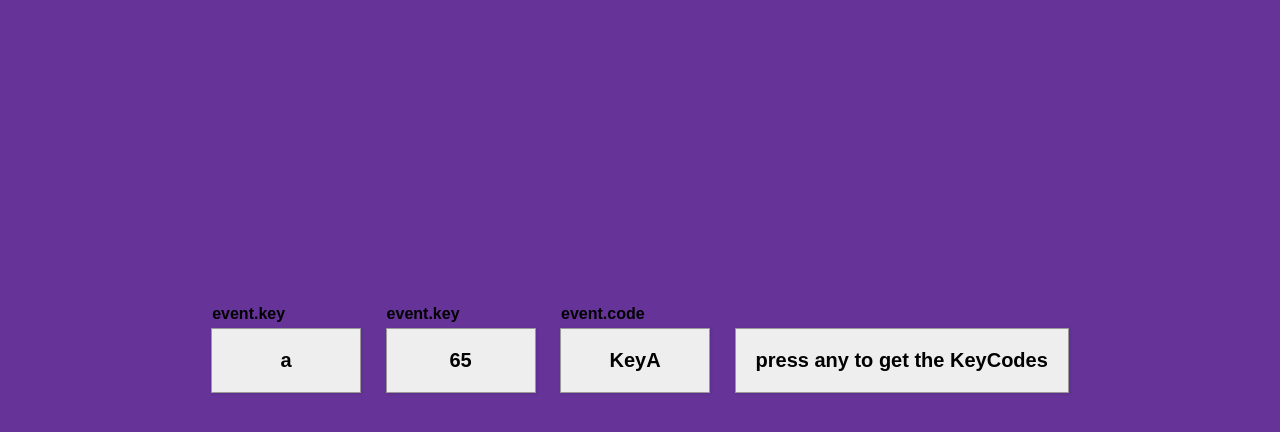
Repository: ElideZavala/Generator-Key
Page: index.html
An editor plug-in stored every save of this project. The page is shown before and after the next save, followed by the edit.
The browser window is 1280 px wide. The pictures show the whole page.
Some web fonts or font styles are not loaded; a fallback is used.

Above is the page before, as saved 2021-06-07 15:32:42.

### index.html
<!DOCTYPE html>
<html lang="en">
<head>
	<meta charset="UTF-8">
	<meta http-equiv="X-UA-Compatible" content="IE=edge">
	<meta name="viewport" content="width=device-width, initial-scale=1.0">
	<link rel="stylesheet" href="style.css">
	<link rel="stylesheet" href="normalize.css">
	<title>Event KeyCodes</title>
</head>
<body>
	<div id="insert">
		<div class="key">
			a
			<small>event.key</small>
		</div>

		<div class="key">
			65
			<small>event.key</small>
		</div>

		<div class="key">
			KeyA
			<small>event.code</small>
		</div>

		<div class="key">
			press any to get the KeyCodes
		</div>
	</div>


	<script src="script.js"></script>
</body>
</html>

### style.css
@import url('https://fonts.googleapis.com/css?family=Muli&display=swap');

* {
	box-sizing: border-box;
}

body {
	background-color: rebeccapurple;
	font-family: 'Muli', sans-serif;
	display: flex;
	flex-direction: column;
	align-items: center;
	justify-content: center;
	text-align: center;
	height: 100vh;
	overflow: hidden;
	margin: 0;
}

.key {
	border: 1px solid #999;
	background-color: #eee;
	box-shadow: 1px 1px 3px rgba( 0, 0, 0, 0.1);
	color: #000;
	display: inline-flex;
	align-items: center;
	font-weight: bold;
	font-size: 20px;
	padding: 20px;
	flex-direction: column;
	margin: 10px;
	min-width: 150px;
	position: relative;
}

.key small {
	position: absolute;
	top: -24px;
	left: 0;
}

Loaded but not shown: normalize.css (library); script.js (no copy from this time; the picture is the same without it)

After the next save:
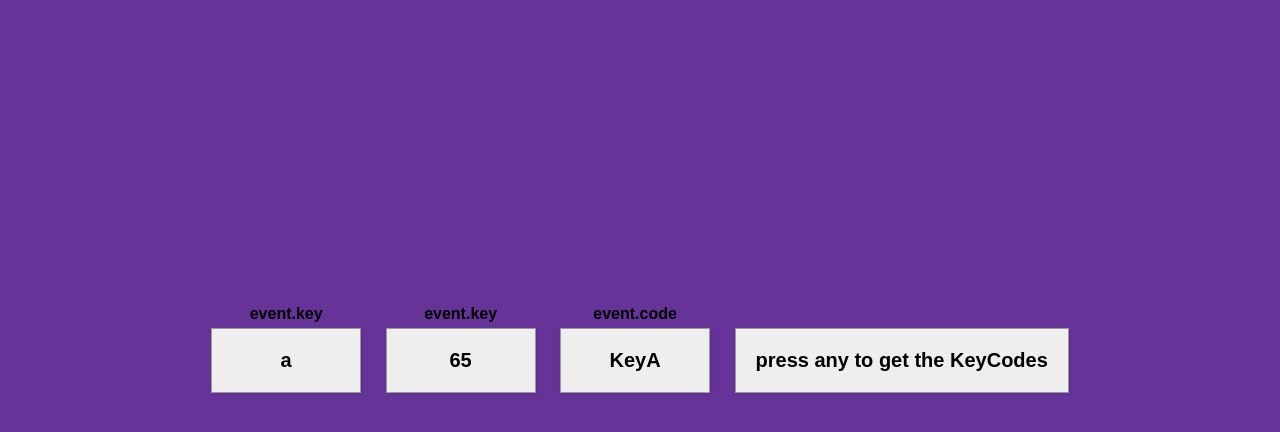
Saved 27 s later.
--- a/style.css
+++ b/style.css
@@ -36,5 +36,5 @@
 .key small {
 	position: absolute;
 	top: -24px;
-	left: 0;
+	/* left: 0; */
 }

After the save that followed:
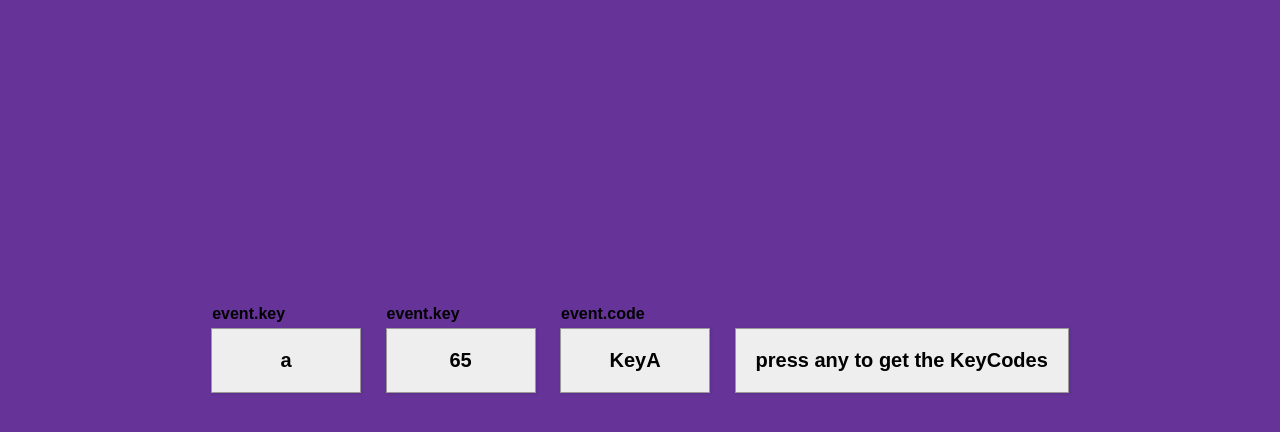
Saved 4 s later.
--- a/style.css
+++ b/style.css
@@ -36,5 +36,5 @@
 .key small {
 	position: absolute;
 	top: -24px;
-	/* left: 0; */
+	left: 0;
 }
